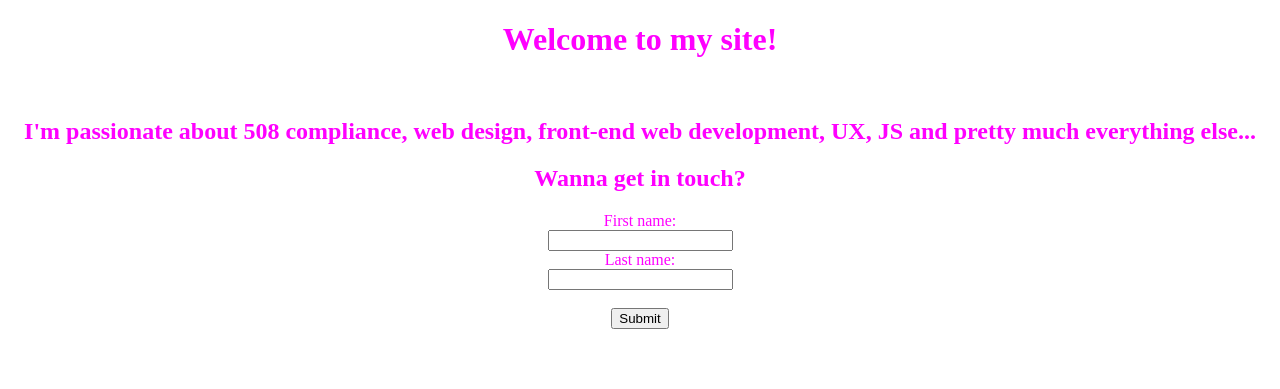
Repository: jasvr/jasvr.io
Page: index.html
An editor plug-in stored every save of this project. The page is shown before and after a run of saves, followed by the edit.
The browser window is 1280 px wide. The pictures show the whole page.

Above is the page before, as saved 2020-01-09 19:39:55.

### index.html
<!DOCTYPE html>
<html lang="en">
<head>
    <meta charset="UTF-8">
    <meta name="viewport" content="width=device-width, initial-scale=1.0">
    <meta http-equiv="X-UA-Compatible" content="ie=edge">
    <title>Jasmin Vargas</title>
    <link href="style.css" type="text/css" rel="stylesheet">
</head>
<body>
    <h1>Welcome to my site!</h1>
    <br>
    <h2>I'm passionate about 508 compliance, web design, front-end web development, UX, JS and pretty much everything else...</h2>

    <h2>Wanna get in touch?</h2>
    <form>
        First name:<br>
        <input type="text" name="firstname"><br>
        Last name:<br>
        <input type="text" name="lastname"><br><br>
        <input type="submit" value="Submit">
    </form>
</body>
</html>

### style.css
body{
color:magenta;
text-align:center;
}

After the next 4 saves:
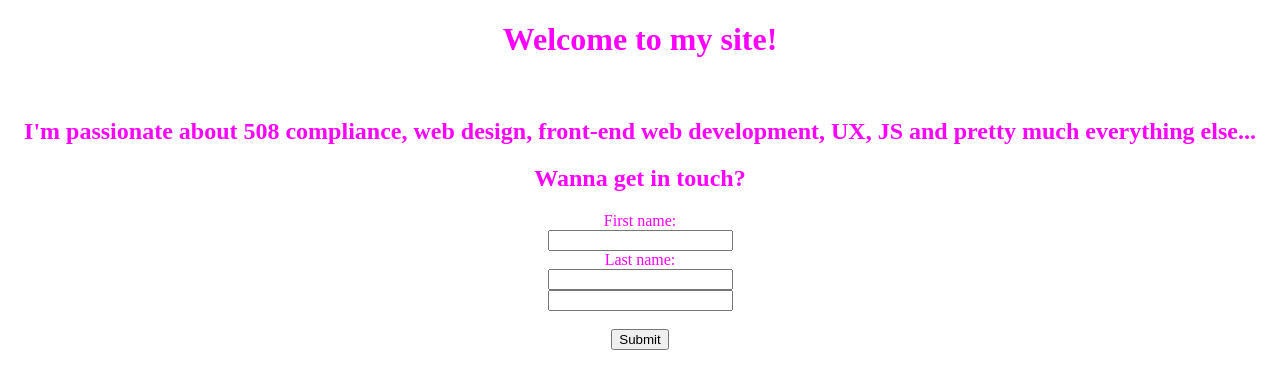
The 4 saves are shown as one change because they came seconds apart.
The last was saved 33 s later.
--- a/index.html
+++ b/index.html
@@ -17,6 +17,7 @@
         First name:<br>
         <input type="text" name="firstname"><br>
         Last name:<br>
+        <input type="text" name="lastname"><br>
         <input type="text" name="lastname"><br><br>
         <input type="submit" value="Submit">
     </form>
